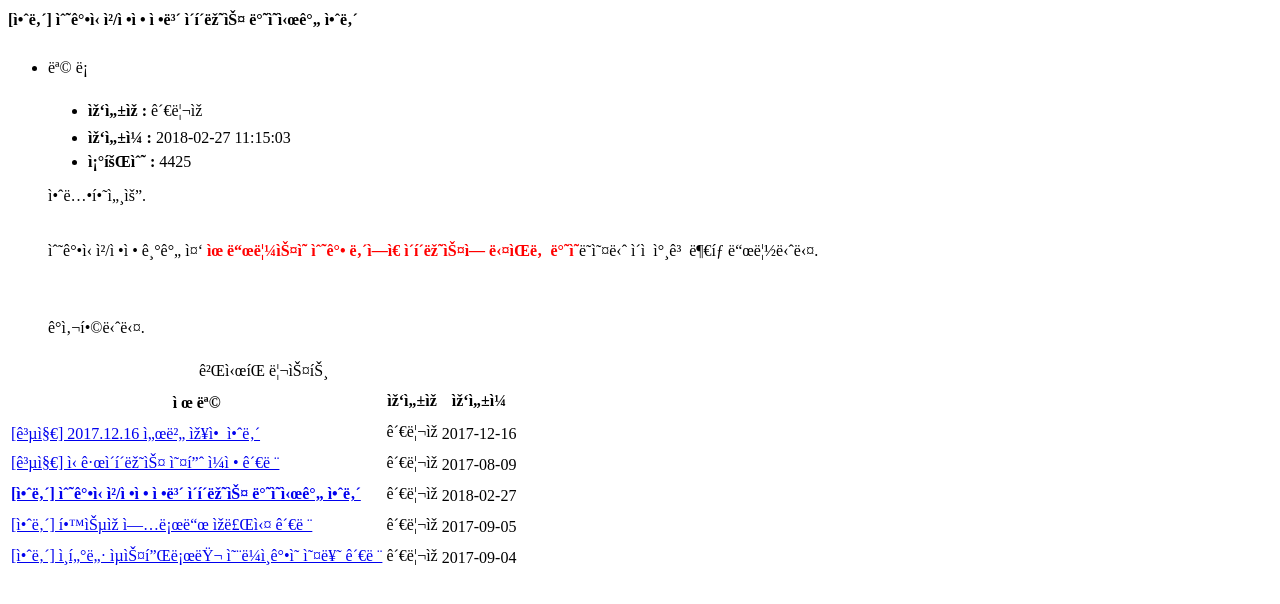
Repository: CSID-DGU/2019-1-CECD3-FFChain-2
Page: http://localhost/icip.app/WEB-INF/jsp/icip/notice/noticeView.jsp
An editor plug-in stored every save of this project. The page is shown before and after the next save, followed by the edit.
The browser window is 1280 px wide. The pictures show the whole page.
The page is served by Tomcat 9. Nobody is signed in. Other server files are loaded and not shown. The template is opened directly, without the code that normally fills it, so the values that code supplies are empty.

Above is the page before, as saved 2019-08-19 10:31:35.

### icip.app/src/main/webapp/WEB-INF/jsp/icip/notice/noticeView.jsp
<div id="listBox">

				<div class="listContent">
						<dl class="element">
						<dt>











							<h4 class="f14 fontB">
 								<i class="icon-info-black mt-5 mr5"></i>
								 [안내] 수강신청/정정 정보 이클래스 반영시간 안내
							</h4>
							<ul class="btnBox">







								<li>
									<a class="btn small" onclick="javascript:moveList();">
										<i class="icon-report-small-color"></i>
										목 록
									</a>
								</li>

							</ul>
						</dt>
						<dd class="info">
							<ul class="fl ml10">


							</ul>



							<ul class="fr mr10">
							<li><b>작성자 :</b> <span id="suserinfo" style="" onclick="javascript:learnerInfo('admin1');">관리자</span></li>
							<li><b>작성일 :</b> 2018-02-27 11:15:03</li>
							<li class="m0"><b>조회수 :</b> 4425</li>
							</ul>
						</dd>
						<dd>
							<div class="cont"><p>안녕하세요. </p><p><br>수강신청/정정 기간 중 <strong><span style="color: rgb(255, 0, 0);">유드림스의 수강 내역은 </span><font color="#ff0000">이클래스에 다음날 반영</font></strong>되오니 이점 참고 부탁 드립니다.</p><p><br></p><p>감사합니다.<br></p></div>

						</dd>
						</dl>


						<!-- 코멘트 영역 부분 -->

							<div class="answerArea">




									<!-- 코멘트 리스트 -->
									<!-- 게시판 설정에 commentYn이 'N'이더라도 기존에 등록한 댓글 목록은 보여준다. -->




						</div>

					</div>



						<div id="listBox">










										</div><table class="boardListBasic" summary="게시판 리스트입니다.">
							<caption>게시판 리스트</caption>
							<thead>
								<tr class="odd-row">
									<th class="first">제 목</th>
									<th>작성자</th>
									<th class="last">작성일</th>
								</tr>
							</thead>
							<tbody>



									<tr class="odd-row">
											<td class="textLeft first">
												<div style="margin-left: 0px;" align="absmiddle" alt="">
													<a href="#;" onclick="javascript:moveBoardView('BOAD_171216110316331d7655', '0')">

															[공지] 2017.12.16 서버 장애 안내
													</a>
												</div>
											</td>
											<td>
												관리자
											</td>
											<td class="last">
												2017-12-16
											</td>
										</tr>











										<tr>
											<td class="textLeft first">
												<div style="margin-left: 0px;" align="absmiddle" alt="">
													<a href="#;" onclick="javascript:moveBoardView('BOAD_170809131412cfe20003', '0')">

															[공지] 신규이클래스 오픈 일정 관련
													</a>
												</div>
											</td>
											<td>
												관리자
											</td>
											<td class="last">
												2017-08-09
											</td>
										</tr>











										<tr class="odd-row">
											<td class="textLeft first">
												<div style="margin-left: 0px;" align="absmiddle" alt="">
													<a href="#;" onclick="javascript:moveBoardView('BOAD_180227111503550900e1', '0')">

															<b><i class="icon-arrow-small-black"></i>[안내] 수강신청/정정 정보 이클래스 반영시간 안내</b>
													</a>
												</div>
											</td>
											<td>
												관리자
											</td>
											<td class="last">
												2018-02-27
											</td>
										</tr>











										<tr>
											<td class="textLeft first">
												<div style="margin-left: 0px;" align="absmiddle" alt="">
													<a href="#;" onclick="javascript:moveBoardView('BOAD_170905182259ef57201b', '0')">

															[안내] 학습자 업로드 자료실 관련
													</a>
												</div>
											</td>
											<td>
												관리자
											</td>
											<td class="last">
												2017-09-05
											</td>
										</tr>











										<tr class="odd-row">
											<td class="textLeft first">
												<div style="margin-left: 0px;" align="absmiddle" alt="">
													<a href="#;" onclick="javascript:moveBoardView('BOAD_170904164429ea1c03c0', '0')">

															[안내] 인터넷 익스플로러 온라인강의 오류 관련
													</a>
												</div>
											</td>
											<td>
												관리자
											</td>
											<td class="last">
												2017-09-04
											</td>
										</tr>

							</tbody>
						</table>


				</div>

After the next save:
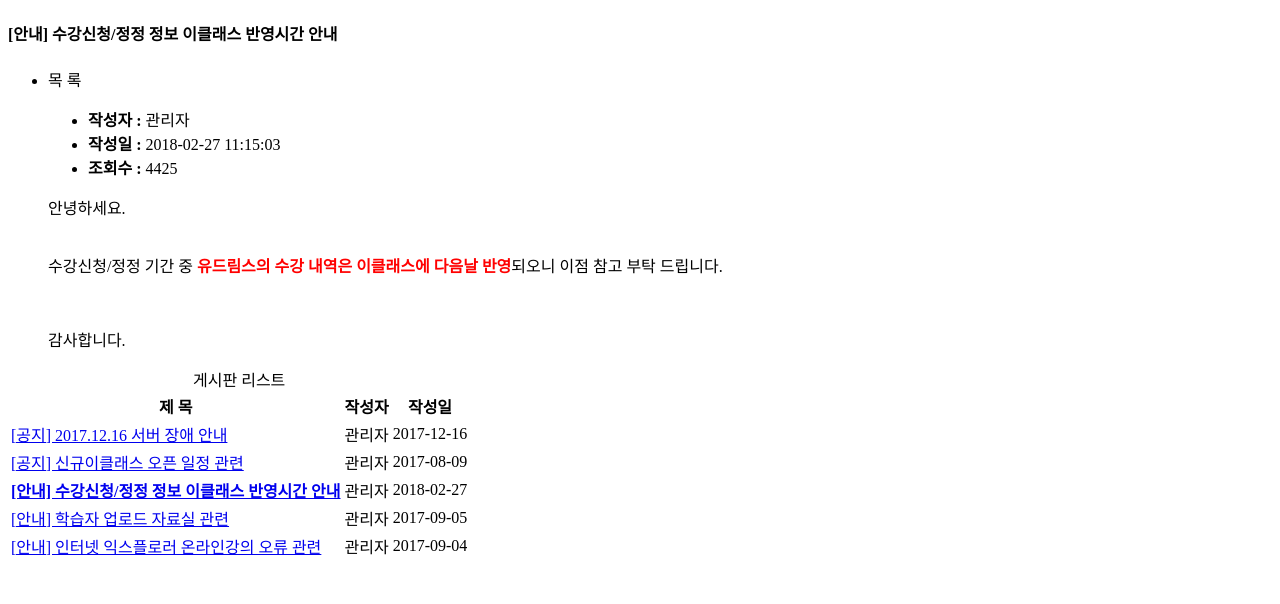
Saved 85 s later.
--- a/icip.app/src/main/webapp/WEB-INF/jsp/icip/notice/noticeView.jsp
+++ b/icip.app/src/main/webapp/WEB-INF/jsp/icip/notice/noticeView.jsp
@@ -1,3 +1,15 @@
+<%@ page contentType="text/html; charset=utf-8" pageEncoding="utf-8"%>
+<%@ taglib prefix="fmt" uri="http://java.sun.com/jsp/jstl/fmt"%>
+<%@ taglib prefix="c" uri="http://java.sun.com/jsp/jstl/core"%>
+<%@ taglib prefix="form" uri="http://www.springframework.org/tags/form"%>
+<%@ taglib uri="http://java.sun.com/jsp/jstl/functions" prefix="fn"%>
+<%@ taglib prefix="spring" uri="http://www.springframework.org/tags"%>
+<!DOCTYPE html PUBLIC "-//W3C//DTD HTML 4.01 Transitional//EN" "http://www.w3.org/TR/html4/loose.dtd">
+<html>
+<head>
+</head>
+
+<body>
 <div id="listBox">
 
 				<div class="listContent">
@@ -224,8 +236,31 @@
 											</td>
 										</tr>
 
+
+
+
 							</tbody>
 						</table>
-
-
-				</div>
+<script>
+//목록
+function fn_cancel(){
+
+    var form = document.getElementById("viewForm");
+
+    form.action = "<c:url value='noticeList.do'/>";
+    form.submit();
+
+}
+
+//수정
+function fn_update(){
+
+    var form = document.getElementById("viewForm");
+
+    form.action = "<c:url value='updateNotice.do'/>";
+    form.submit();
+}
+</script>
+</div>
+</body>
+</html>
